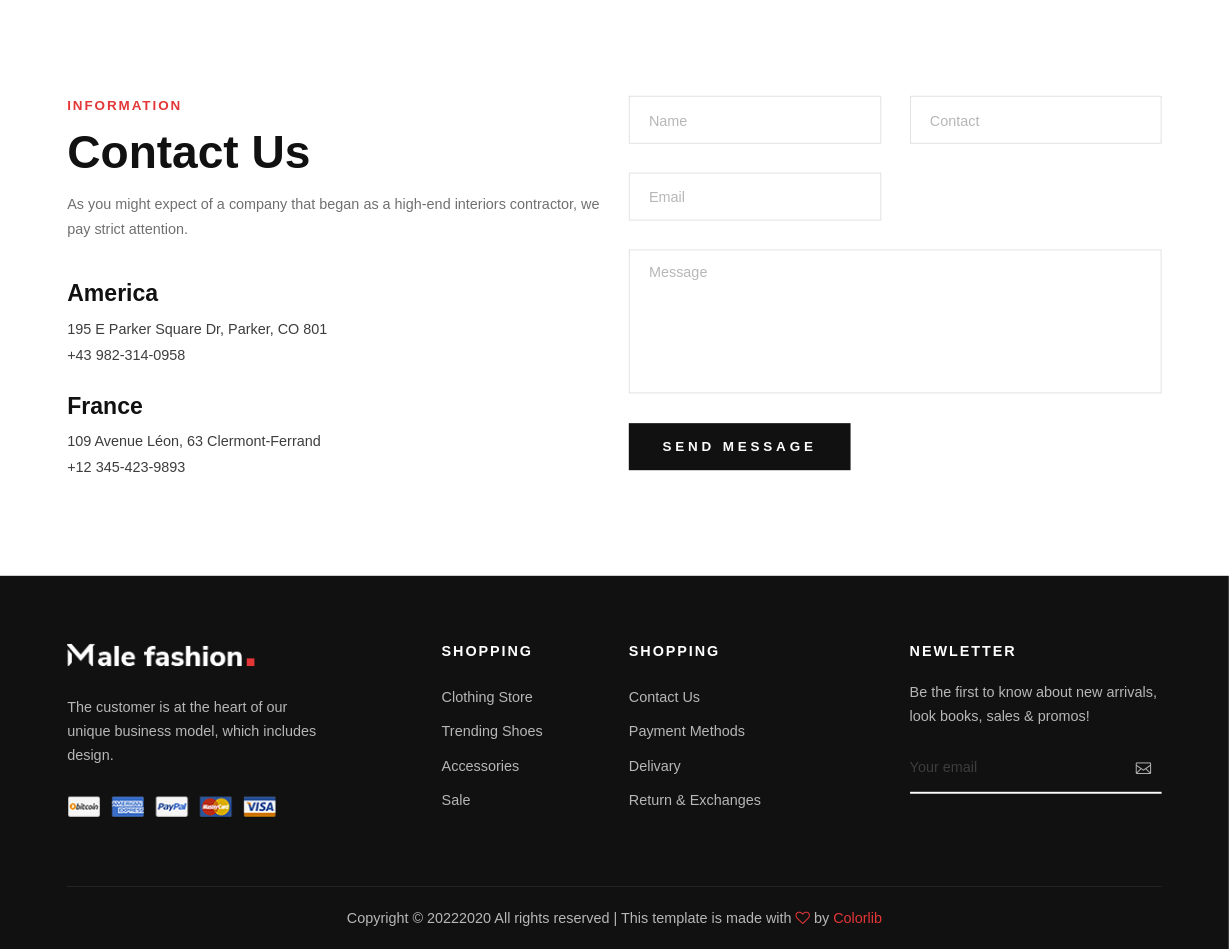
Repository: ArpanJain5/projects
Page: http://localhost/male_fashion/seller-registration.jsp
These files come from the project's save history. The page is drawn as it stood at one moment and after the next save; the edit follows.
The browser window is 1280 px wide. The pictures show the part of the page from y = 630 to 1619 px (the page is 1619 px tall), at 96% of full size.
Some web fonts or font styles are not loaded; a fallback is used. The page is served by Tomcat 9. Other server files are loaded and not shown.

Above is the page before, as saved 2022-07-19 11:39:46.

### male fashion/src/main/webapp/seller-registration.jsp
<%@ page language="java" contentType="text/html; charset=UTF-8"
    pageEncoding="UTF-8"%>
<!DOCTYPE html>
<html lang="zxx">

<head>
    <meta charset="UTF-8">
    <meta name="description" content="Male_Fashion Template">
    <meta name="keywords" content="Male_Fashion, unica, creative, html">
    <meta name="viewport" content="width=device-width, initial-scale=1.0">
    <meta http-equiv="X-UA-Compatible" content="ie=edge">
    <title>Male-Fashion | Template</title>

    <!-- Google Font -->
    <link href="https://fonts.googleapis.com/css2?family=Nunito+Sans:wght@300;400;600;700;800;900&display=swap"
        rel="stylesheet">

    <!-- Css Styles -->
    <link rel="stylesheet" href="css/bootstrap.min.css" type="text/css">
    <link rel="stylesheet" href="css/font-awesome.min.css" type="text/css">
    <link rel="stylesheet" href="css/elegant-icons.css" type="text/css">
    <link rel="stylesheet" href="css/magnific-popup.css" type="text/css">
    <link rel="stylesheet" href="css/nice-select.css" type="text/css">
    <link rel="stylesheet" href="css/owl.carousel.min.css" type="text/css">
    <link rel="stylesheet" href="css/slicknav.min.css" type="text/css">
    <link rel="stylesheet" href="css/style.css" type="text/css">
</head>

<body>
    <!-- Page Preloder -->
    <div id="preloder">
        <div class="loader"></div>
    </div>

    <!-- Offcanvas Menu Begin -->
    <div class="offcanvas-menu-overlay"></div>
    <div class="offcanvas-menu-wrapper">
        <div class="offcanvas__option">
            <div class="offcanvas__links">
                <a href="#">Sign in</a>
                <a href="#">FAQs</a>
            </div>
            <div class="offcanvas__top__hover">
                <span>Usd <i class="arrow_carrot-down"></i></span>
                <ul>
                    <li>USD</li>
                    <li>EUR</li>
                    <li>USD</li>
                </ul>
            </div>
        </div>
        <div class="offcanvas__nav__option">
            <a href="#" class="search-switch"><img src="img/icon/search.png" alt=""></a>
            <a href="#"><img src="img/icon/heart.png" alt=""></a>
            <a href="#"><img src="img/icon/cart.png" alt=""> <span>0</span></a>
            <div class="price">$0.00</div>
        </div>
        <div id="mobile-menu-wrap"></div>
        <div class="offcanvas__text">
            <p>Free shipping, 30-day return or refund guarantee.</p>
        </div>
    </div>
    <!-- Offcanvas Menu End -->

    <!-- Header Section Begin -->
    <header class="header">
        <div class="header__top">
            <div class="container">
                <div class="row">
                    <div class="col-lg-6 col-md-7">
                        <div class="header__top__left">
                            <p>Free shipping, 30-day return or refund guarantee.</p>
                        </div>
                    </div>
                    <div class="col-lg-6 col-md-5">
                        <div class="header__top__right">
                            <div class="header__top__links">
                                <a href="#">Sign in</a>
                                <a href="#">FAQs</a>
                            </div>
                            <div class="header__top__hover">
                                <span>Usd <i class="arrow_carrot-down"></i></span>
                                <ul>
                                    <li>USD</li>
                                    <li>EUR</li>
                                    <li>USD</li>
                                </ul>
                            </div>
                        </div>
                    </div>
                </div>
            </div>
        </div>
        <div class="container">
            <div class="row">
                <div class="col-lg-3 col-md-3">
                    <div class="header__logo">
                        <a href="./index.html"><img src="img/logo.png" alt=""></a>
                    </div>
                </div>
                <div class="col-lg-6 col-md-6">
                    <nav class="header__menu mobile-menu">
                        <ul>
                            <li><a href="./index.html">Home</a></li>
                            <li><a href="./shop.html">Shop</a></li>
                            <li><a href="#">Pages</a>
                                <ul class="dropdown">
                                    <li><a href="./about.html">About Us</a></li>
                                    <li><a href="./shop-details.html">Shop Details</a></li>
                                    <li><a href="./shopping-cart.html">Shopping Cart</a></li>
                                    <li><a href="./checkout.html">Check Out</a></li>
                                </ul>
                            </li>
                            <li><a href="#">Registration</a>
                            <ul class="dropdown">
                                    <li><a href="seller-registration.jsp">Seller Registration</a></li>
                                    <li><a href="customer-registration.jsp">Customer Registration</a></li>
                                </ul>
                            </li>
                            <li class="active"><a href="./contact.html">Contacts</a></li>
                        </ul>
                    </nav>
                </div>
                <div class="col-lg-3 col-md-3">
                    <div class="header__nav__option">
                        <a href="#" class="search-switch"><img src="img/icon/search.png" alt=""></a>
                        <a href="#"><img src="img/icon/heart.png" alt=""></a>
                        <a href="#"><img src="img/icon/cart.png" alt=""> <span>0</span></a>
                        <div class="price">$0.00</div>
                    </div>
                </div>
            </div>
            <div class="canvas__open"><i class="fa fa-bars"></i></div>
        </div>
    </header>
    <!-- Header Section End -->

    <!-- Map Begin -->
    <div class="map">
        <iframe src="https://www.google.com/maps/embed?pb=!1m18!1m12!1m3!1d111551.9926412813!2d-90.27317134641879!3d38.606612219170856!2m3!1f0!2f0!3f0!3m2!1i1024!2i768!4f13.1!3m3!1m2!1s0x54eab584e432360b%3A0x1c3bb99243deb742!2sUnited%20States!5e0!3m2!1sen!2sbd!4v1597926938024!5m2!1sen!2sbd" height="500" style="border:0;" allowfullscreen="" aria-hidden="false" tabindex="0"></iframe>
    </div>
    <!-- Map End -->

    <!-- Contact Section Begin -->
    <section class="contact spad">
        <div class="container">
            <div class="row">
                <div class="col-lg-6 col-md-6">
                    <div class="contact__text">
                        <div class="section-title">
                            <span>Information</span>
                            <h2>Contact Us</h2>
                            <p>As you might expect of a company that began as a high-end interiors contractor, we pay
                                strict attention.</p>
                        </div>
                        <ul>
                            <li>
                                <h4>America</h4>
                                <p>195 E Parker Square Dr, Parker, CO 801 <br />+43 982-314-0958</p>
                            </li>
                            <li>
                                <h4>France</h4>
                                <p>109 Avenue Léon, 63 Clermont-Ferrand <br />+12 345-423-9893</p>
                            </li>
                        </ul>
                    </div>
                </div>
                <div class="col-lg-6 col-md-6">
                    <div class="contact__form">
                        <form action="#">
                            <div class="row">
                                <div class="col-lg-6">
                                    <input type="text" placeholder="Name">
                                </div>
                                <div class="col-lg-6">
                                    <input type="text" placeholder="Contact">
                                </div>
                                <div class="col-lg-6">
                                    <input type="text" placeholder="Email">
                                </div>
                                <div class="col-lg-12">
                                    <textarea placeholder="Message"></textarea>
                                    <button type="submit" class="site-btn">Send Message</button>
                                </div>
                            </div>
                        </form>
                    </div>
                </div>
            </div>
        </div>
    </section>
    <!-- Contact Section End -->

    <!-- Footer Section Begin -->
    <footer class="footer">
        <div class="container">
            <div class="row">
                <div class="col-lg-3 col-md-6 col-sm-6">
                    <div class="footer__about">
                        <div class="footer__logo">
                            <a href="#"><img src="img/footer-logo.png" alt=""></a>
                        </div>
                        <p>The customer is at the heart of our unique business model, which includes design.</p>
                        <a href="#"><img src="img/payment.png" alt=""></a>
                    </div>
                </div>
                <div class="col-lg-2 offset-lg-1 col-md-3 col-sm-6">
                    <div class="footer__widget">
                        <h6>Shopping</h6>
                        <ul>
                            <li><a href="#">Clothing Store</a></li>
                            <li><a href="#">Trending Shoes</a></li>
                            <li><a href="#">Accessories</a></li>
                            <li><a href="#">Sale</a></li>
                        </ul>
                    </div>
                </div>
                <div class="col-lg-2 col-md-3 col-sm-6">
                    <div class="footer__widget">
                        <h6>Shopping</h6>
                        <ul>
                            <li><a href="#">Contact Us</a></li>
                            <li><a href="#">Payment Methods</a></li>
                            <li><a href="#">Delivary</a></li>
                            <li><a href="#">Return & Exchanges</a></li>
                        </ul>
                    </div>
                </div>
                <div class="col-lg-3 offset-lg-1 col-md-6 col-sm-6">
                    <div class="footer__widget">
                        <h6>NewLetter</h6>
                        <div class="footer__newslatter">
                            <p>Be the first to know about new arrivals, look books, sales & promos!</p>
                            <form action="#">
                                <input type="text" placeholder="Your email">
                                <button type="submit"><span class="icon_mail_alt"></span></button>
                            </form>
                        </div>
                    </div>
                </div>
            </div>
            <div class="row">
                <div class="col-lg-12 text-center">
                    <div class="footer__copyright__text">
                        <!-- Link back to Colorlib can't be removed. Template is licensed under CC BY 3.0. -->
                        <p>Copyright ©
                            <script>
                                document.write(new Date().getFullYear());
                            </script>2020
                            All rights reserved | This template is made with <i class="fa fa-heart-o"
                                aria-hidden="true"></i> by <a href="https://colorlib.com" target="_blank">Colorlib</a>
                        </p>
                        <!-- Link back to Colorlib can't be removed. Template is licensed under CC BY 3.0. -->
                    </div>
                </div>
            </div>
        </div>
    </footer>
    <!-- Footer Section End -->

    <!-- Search Begin -->
    <div class="search-model">
        <div class="h-100 d-flex align-items-center justify-content-center">
            <div class="search-close-switch">+</div>
            <form class="search-model-form">
                <input type="text" id="search-input" placeholder="Search here.....">
            </form>
        </div>
    </div>
    <!-- Search End -->

    <!-- Js Plugins -->
    <script src="js/jquery-3.3.1.min.js"></script>
    <script src="js/bootstrap.min.js"></script>
    <script src="js/jquery.nice-select.min.js"></script>
    <script src="js/jquery.nicescroll.min.js"></script>
    <script src="js/jquery.magnific-popup.min.js"></script>
    <script src="js/jquery.countdown.min.js"></script>
    <script src="js/jquery.slicknav.js"></script>
    <script src="js/mixitup.min.js"></script>
    <script src="js/owl.carousel.min.js"></script>
    <script src="js/main.js"></script>
</body>

</html>

Loaded but not shown: male fashion/src/main/webapp/css/bootstrap.min.css (library); male fashion/src/main/webapp/css/font-awesome.min.css (library); male fashion/src/main/webapp/css/magnific-popup.css (library); male fashion/src/main/webapp/css/nice-select.css (common file); male fashion/src/main/webapp/css/owl.carousel.min.css (library); male fashion/src/main/webapp/css/slicknav.min.css (common file); male fashion/src/main/webapp/js/jquery-3.3.1.min.js (library); male fashion/src/main/webapp/js/bootstrap.min.js (library); male fashion/src/main/webapp/js/jquery.nice-select.min.js (common file); male fashion/src/main/webapp/js/jquery.nicescroll.min.js (library); male fashion/src/main/webapp/js/jquery.magnific-popup.min.js (library); male fashion/src/main/webapp/js/jquery.countdown.min.js (library); male fashion/src/main/webapp/js/jquery.slicknav.js (library); male fashion/src/main/webapp/js/mixitup.min.js (library); male fashion/src/main/webapp/js/owl.carousel.min.js (library); male fashion/src/main/webapp/js/main.js (216 lines, source omitted); male fashion/src/main/webapp/css/style.css (3851 lines, source omitted); male fashion/src/main/webapp/css/elegant-icons.css (1157 lines, source omitted)

After the next save:
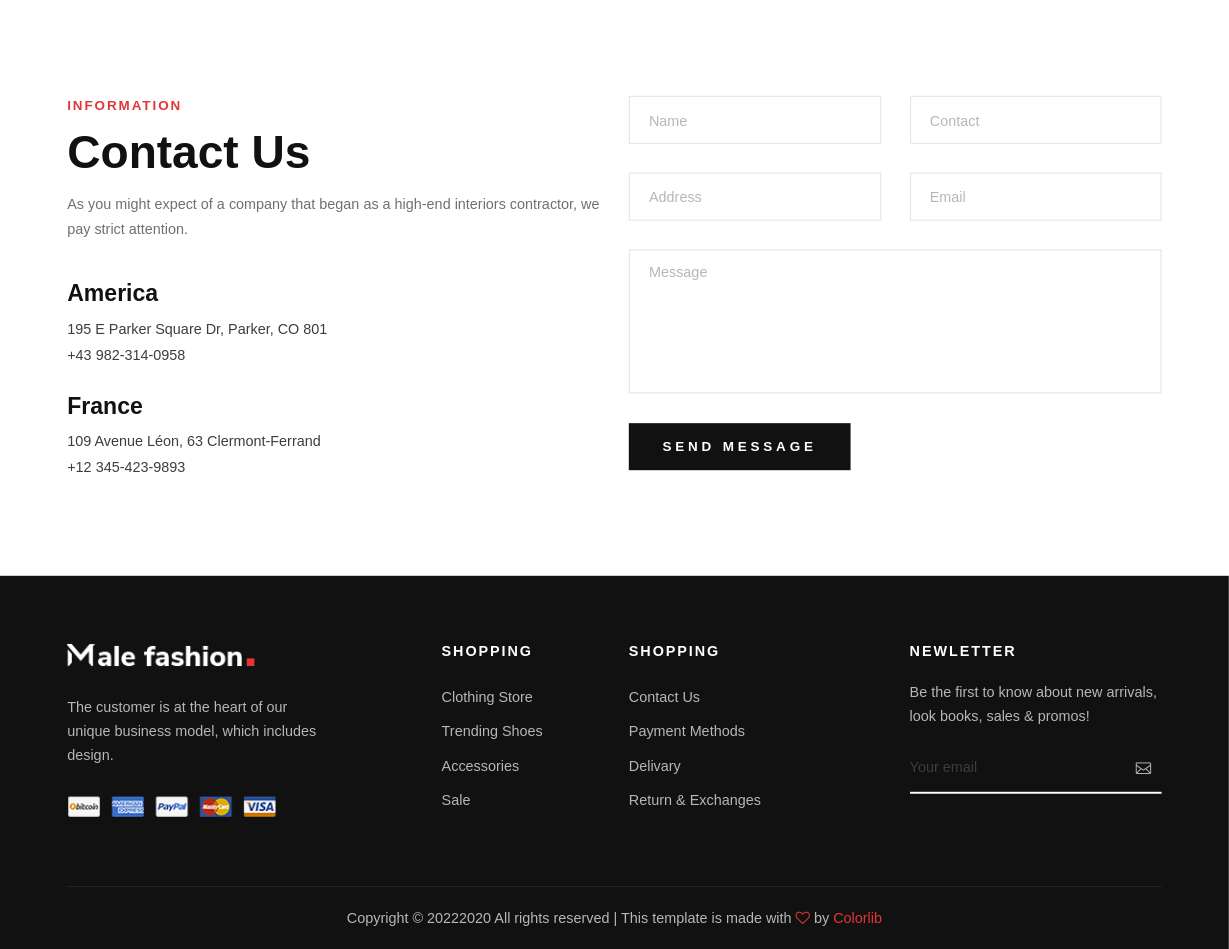
Saved 13 s later.
--- a/male fashion/src/main/webapp/seller-registration.jsp
+++ b/male fashion/src/main/webapp/seller-registration.jsp
@@ -176,6 +176,9 @@
                                     <input type="text" placeholder="Contact">
                                 </div>
                                 <div class="col-lg-6">
+                                    <input type="text" placeholder="Address">
+                                </div>
+                                <div class="col-lg-6">
                                     <input type="text" placeholder="Email">
                                 </div>
                                 <div class="col-lg-12">
